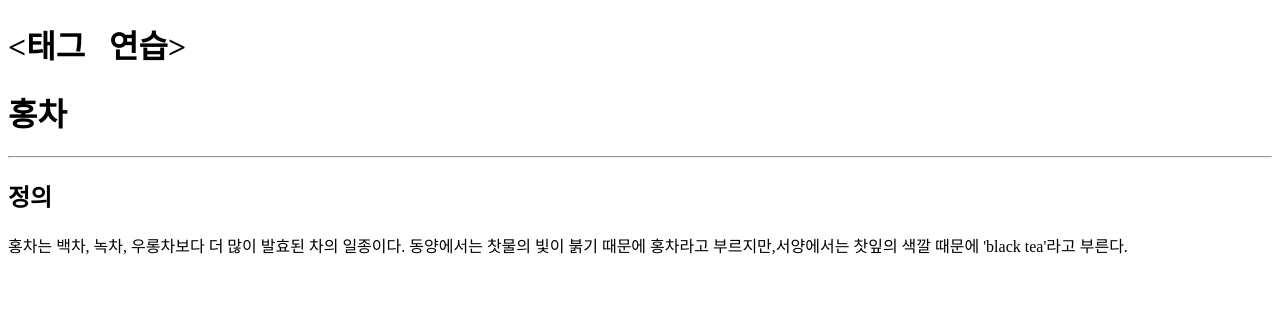
Repository: odasd/Ark-html
Page: 20200406/ex20200406/WebContent/ex03.html
These files come from the project's save history. The page is drawn as it stood at one moment and after the next save; the edit follows.
The browser window is 1280 px wide. The pictures show the whole page.

Above is the page before, as saved 2020-04-06 01:52:02.

After the next save:
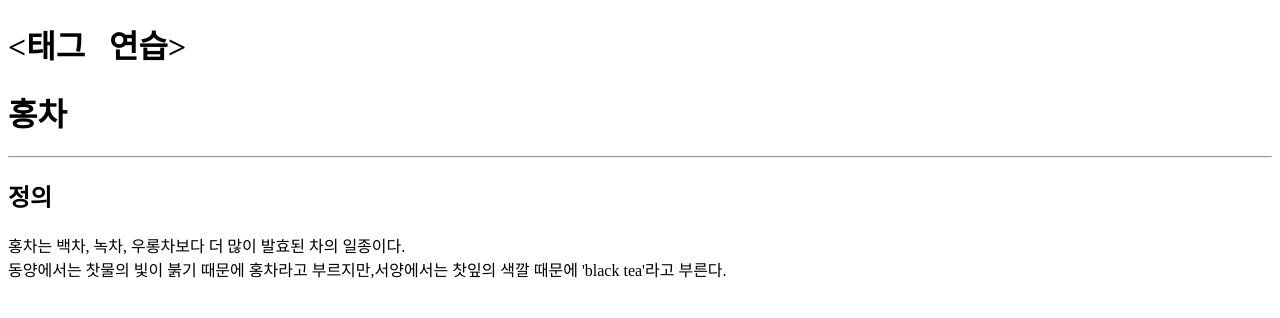
Saved 113 s later.
--- a/20200406/ex20200406/WebContent/ex03.html
+++ b/20200406/ex20200406/WebContent/ex03.html
@@ -9,7 +9,8 @@
 	<h1>홍차</h1>
 	<hr/>  <!-- 줄이 출력됨 -->
 	<h2>정의</h2>
-	<p> 홍차는 백차, 녹차, 우롱차보다 더 많이 발효된 차의 일종이다.
+	<p> <!-- 하나의 문단이라는 뜻 -->
+	홍차는 백차, 녹차, 우롱차보다 더 많이 발효된 차의 일종이다.<br>
 	동양에서는 찻물의 빛이 붉기 때문에 홍차라고 부르지만,서양에서는 찻잎의 색깔 때문에 'black tea'라고 부른다.
 	</p>
 </body>
